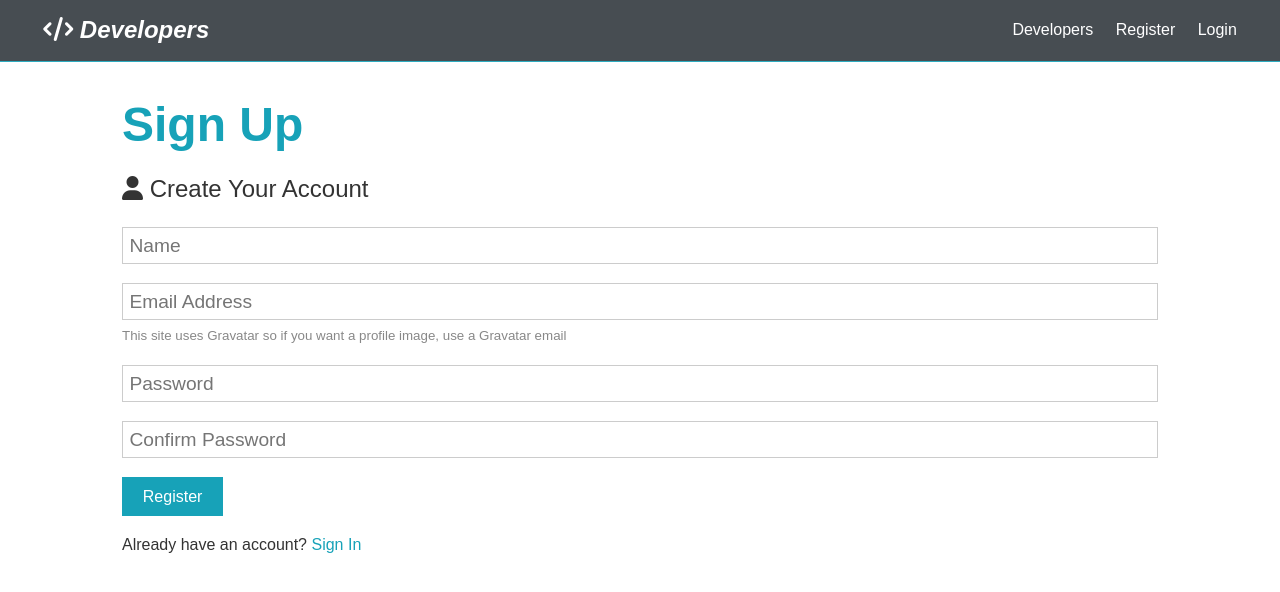
Repository: priyavmehta/Developers
Page: /login (app in client/)
These files come from the project's save history. The page is drawn as it stood at one moment and after a run of saves; the edit follows.
The browser window is 1280 px wide. The pictures show the whole page.
Some web libraries are served in a nearby version. The project was rebuilt for these pictures with package versions that can differ from the ones it lists, and the page was loaded fresh each time. Also part of the build but not shown: client/src/components/layout/Landing.js, client/src/components/auth/Register.js.

Above is the page before, as saved 2020-12-08 12:40:27.

### client/public/index.html
<!DOCTYPE html>
<html lang="en">
  <head>
    <meta charset="utf-8" />
    <link rel="icon" href="%PUBLIC_URL%/favicon.ico" />
    <meta name="viewport" content="width=device-width, initial-scale=1" />
    <meta name="theme-color" content="#000000" />
    <meta
      name="description"
      content="Web site created using create-react-app"
    />
    <link rel="apple-touch-icon" href="%PUBLIC_URL%/logo192.png" />
    <link rel="manifest" href="%PUBLIC_URL%/manifest.json" />

    <script src="https://kit.fontawesome.com/c3f9cf1e2c.js" crossorigin="anonymous"></script>
    <title>Welcome to Developers</title>
  </head>
  <body>
    <noscript>You need to enable JavaScript to run this app.</noscript>
    <div id="root"></div>
  </body>
</html>

### client/src/App.js
import './App.css';
import Landing from './components/layout/Landing';
import Navbar from './components/layout/Navbar';
import { BrowserRouter as Router, Route, Switch } from 'react-router-dom'
import Login from './components/auth/Login';
import Register from './components/auth/Register';

const App = () => {
  return (
    <div>
      <Router>
        <Navbar/>
        <Route exact path = "/" component = {Landing} />
        <section className = "container">
          <Switch>
            <Route path = "/login" component = {Login} />
            <Route path = "/register" component = {Register} />
          </Switch>
        </section>
      </Router>
    </div>
  );
}

export default App;

### client/src/components/layout/Navbar.js
import React from 'react'
import { Link } from 'react-router-dom'

const Navbar = () => {
    return (
        <nav className="navbar bg-dark">
            <h1>
                <Link to="/"><i className="fas fa-code"></i> <i>Developers</i> </Link>
            </h1>
            <ul>
                <li><Link to = "/">Developers</Link></li>
                <li><Link to = "/register">Register</Link></li>
                <li><Link to = "/login">Login</Link></li>
            </ul>
        </nav>
    )
}

export default Navbar

### client/src/components/auth/Login.js
import React, { Fragment, useState } from 'react'
import { Link } from 'react-router-dom'

const Register = () => {
    console.log("Hello");
    const [FormData, setFormData] = useState({
        name:'',
        email: '',
        password: '',
        confirm_password: ''
    });

    const { name, email, password, confirm_password } = FormData;

    const changeHandler = e => {
        setFormData({
            ...FormData,
            [e.target.name]: e.target.value
        })
    }

    const onSubmit = async e => {
        e.preventDefault();

        if (password !== confirm_password) {
            console.log("Passwords do not match");
        } else {
            console.log(FormData);
        }
    }

    return (
        <Fragment>
            <h1 className="large text-primary">Sign Up</h1>
            <p className="lead"><i className="fas fa-user"></i> Create Your Account</p>
            <form className="form" onSubmit = {onSubmit}>
                <div className="form-group">
                    <input
                        type="text"
                        placeholder="Name"
                        name="name"
                        value={name}
                        onChange = {e => changeHandler(e)}
                        required
                    />
                </div>
                <div className="form-group">
                    <input
                        type="email"
                        placeholder="Email Address"
                        name="email"
                        onChange = {e => changeHandler(e)}
                        value = {email}
                        required
                    />
                    <small className="form-text">
                        This site uses Gravatar so if you want a profile image, use a Gravatar email
                    </small>
                </div>
                <div className="form-group">
                    <input
                        type="password"
                        placeholder="Password"
                        name="password"
                        minLength="6"
                        onChange = {e => changeHandler(e)}
                        value = {password}
                        required
                    />
                </div>
                <div className="form-group">
                    <input
                        type="password"
                        placeholder="Confirm Password"
                        name="confirm_password"
                        minLength="6"
                        onChange = {e => changeHandler(e)}
                        value = {confirm_password}
                        required
                    />
                </div>
                <input type="submit" className="btn btn-primary" value="Register"/>
            </form>
            <p className="my-1">
                Already have an account? <Link to="/login">Sign In</Link>
            </p>
        </Fragment>
    )
}

export default Register

Loaded but not shown: client/src/index.js (common file); client/src/reportWebVitals.js (common file); client/src/App.css (common file)

After the next 2 saves:
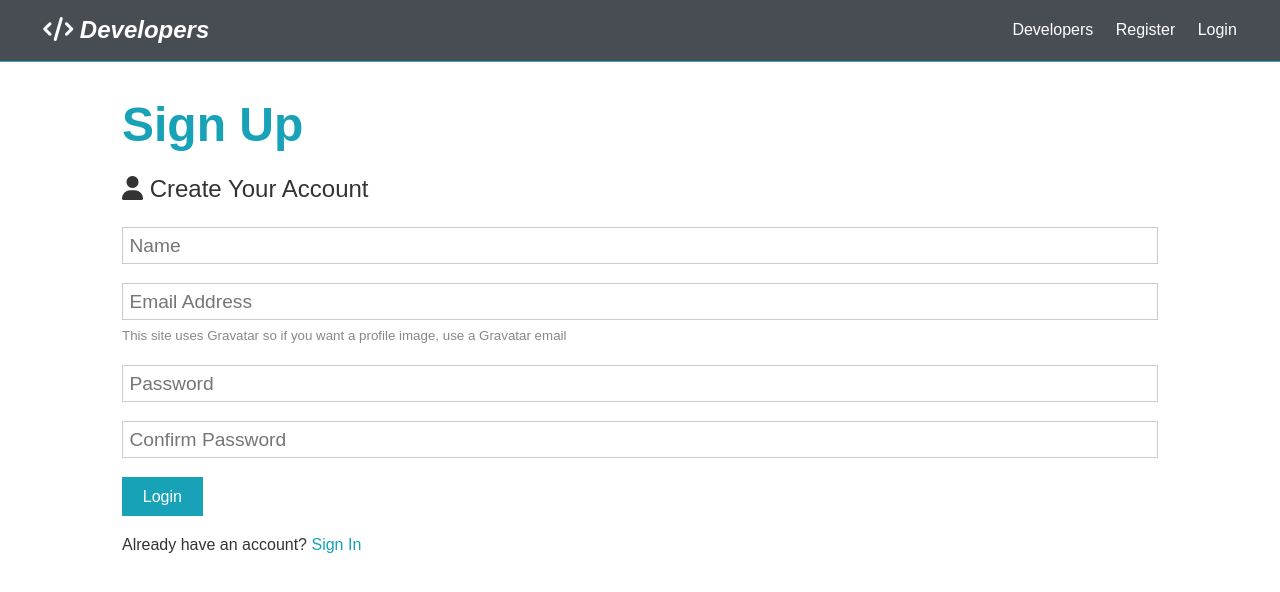
The 2 saves are shown as one change because they came seconds apart.
The last was saved 31 s later.
--- a/client/src/components/auth/Login.js
+++ b/client/src/components/auth/Login.js
@@ -1,7 +1,7 @@
 import React, { Fragment, useState } from 'react'
 import { Link } from 'react-router-dom'
 
-const Register = () => {
+const Login = () => {
     console.log("Hello");
     const [FormData, setFormData] = useState({
         name:'',
@@ -79,7 +79,7 @@ const Register = () => {
                         required
                     />
                 </div>
-                <input type="submit" className="btn btn-primary" value="Register"/>
+                <input type="submit" className="btn btn-primary" value="Login"/>
             </form>
             <p className="my-1">
                 Already have an account? <Link to="/login">Sign In</Link>
@@ -88,4 +88,4 @@ const Register = () => {
     )
 }
 
-export default Register
+export default Login
